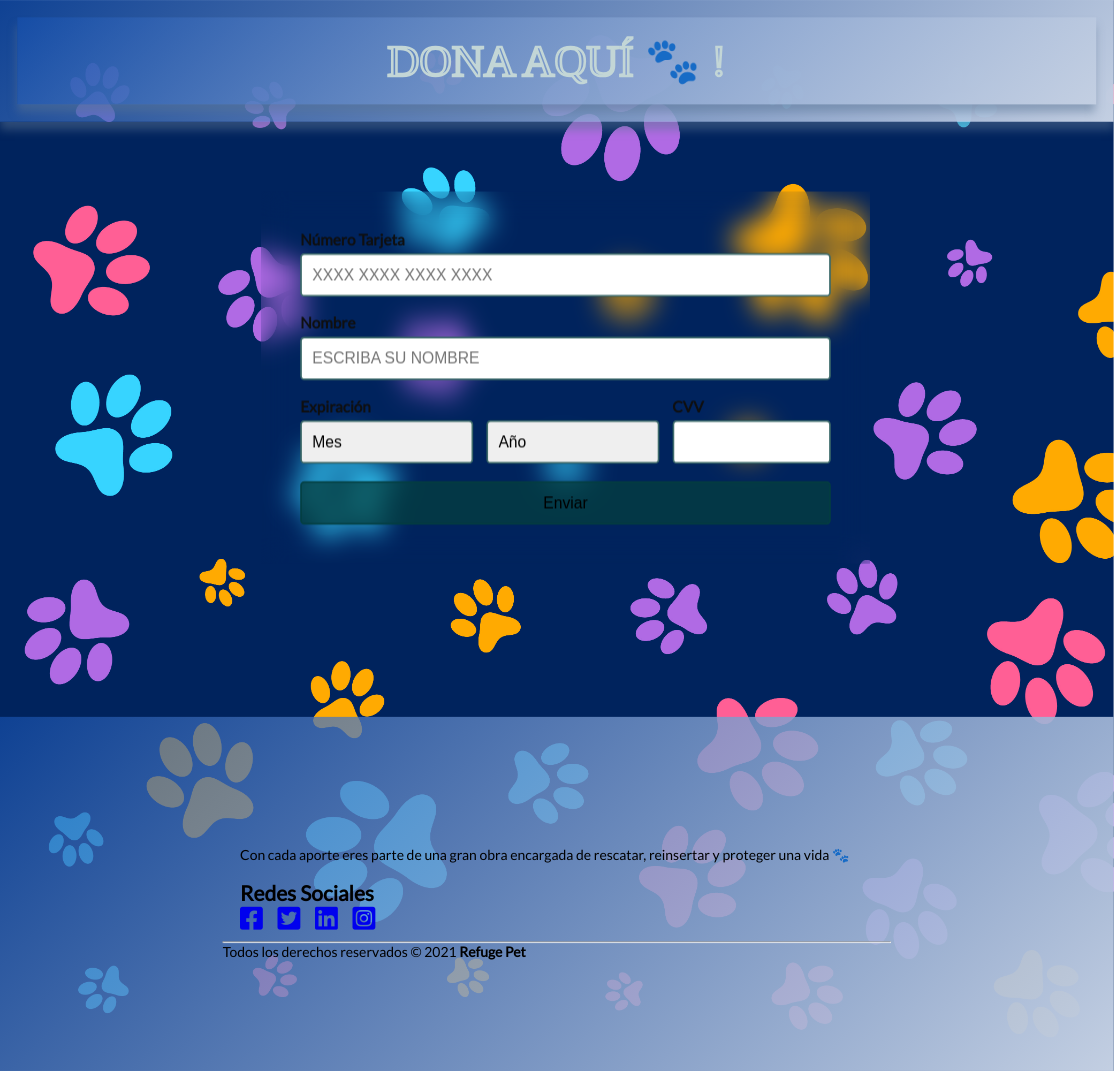
Repository: andreasvidal/SCL019-card-validation
Page: src/views/cardvalidation.html
The author's editor kept a copy of each file at every save. The page is drawn from the files as they stood at one save, then again after the next save.
The browser window is 1280 px wide. The pictures show the whole page, at 87% of full size.
Some web fonts or font styles are not loaded; a fallback is used. Some web libraries are served in a nearby version.

Above is the page before, as saved 2022-04-13 10:05:37.

### src/views/cardvalidation.html
<!DOCTYPE html>
<html lang="en">

<head>
    <meta charset="UTF-8" />
    <meta http-equiv="X-UA-Compatible" content="IE=edge" />
    <meta name="viewport" content="width=device-width, initial-scale=1.0" />
    <link rel="preconnect" href="https://fonts.googleapis.com" />
    <link rel="preconnect" href="https://fonts.gstatic.com" crossorigin />
    <link href="https://fonts.googleapis.com/css2?family=Lato:ital,wght@0,400;1,700&display=swap" rel="stylesheet" />
    <link rel="preconnect" href="https://fonts.googleapis.com" />
    <link rel="preconnect" href="https://fonts.gstatic.com" crossorigin />
    <link href="https://fonts.googleapis.com/css2?family=Hurricane&family=Lato:ital,wght@1,700&display=swap" rel="stylesheet" />
    <link rel="stylesheet" href="https://use.fontawesome.com/releases/v5.8.1/css/all.css" integrity="sha384-50oBUHEmvpQ+1lW4y57PTFmhCaXp0ML5d60M1M7uH2+nqUivzIebhndOJK28anvf" crossorigin="anonymous" />
    <link rel="stylesheet" href="../css/formstyle.css" />
    <link rel="stylesheet" href="../css/style.css" />
    <title>Formulario</title>
</head>

<!--contenido principal formulario-->

<body>
    <div class="subtitle">
        <p class="subtitle">DONA AQUÍ 🐾 !</p>
    </div>
    <form id="formValidation" class="form-validation">
        <div class="bg-blur">
            <div class="data-card" id="dataForm">
                <label for="inputNumber">Número Tarjeta</label>
                <input type="text" id="inputNumber" name="number" maxlength="16" autocomplete="off" pattern="[0-9]+" placeholder="XXXX XXXX XXXX XXXX" required />
                <h5 id="print"></h5>
            </div>
            <div class="data-card">
                <label for="inputNameUser">Nombre </label>
                <input type="text" id="inputNameUser" name="nameUser" placeholder="Escriba su nombre" required />
                <h5 id="print"></h5>
            </div>
            <!--datos expiración tarjeta-->
            <div class="flexbox">
                <div class="data-card expider-date">
                    <label for="monthSelect">Expiración</label>
                    <div class="flexbox">
                        <div class="data-card-select">
                            <select name="monthSelect" id="monthSelect" required>
                <option disabled selected>Mes</option>
                <option value="1">1</option>
                <option value="2">2</option>
                <option value="3">3</option>
                <option value="4">4</option>
                <option value="5">5</option>
                <option value="6">6</option>
                <option value="7">7</option>
                <option value="8">8</option>
                <option value="9">9</option>
                <option value="10">10</option>
                <option value="11">11</option>
                <option value="12">12</option>
              </select>
                        </div>
                        <div class="data-card-select">
                            <select name="yearSelect" id="yearSelect" required>
                <option disabled selected>Año</option>
                <option value="2">2014</option>
                <option value="5">2015</option>
                <option value="6">2016</option>
                <option value="7">2017</option>
                <option value="8">2018</option>
                <option value="9">2019</option>
                <option value="10">2020</option>
                <option value="11">2021</option>
                <option value="12">2022</option>
              </select>
                        </div>
                    </div>
                </div>
                <div class="data-card ccv">
                    <label for="inputCcv">CVV</label>
                    <input type="text" id="inputCcv" name="inputCcv" maxlength="3" required />
                </div>
            </div>
            <button type="submit" value="sendForm" class="btn-send" id="sendForm">
        Enviar
      </button>
        </div>
    </form>
    <footer>
        <div class="container__footer">
            <div class="box__footer">
                <div class="terms">
                    <p>
                        Con cada aporte eres parte de una gran obra encargada de rescatar, reinsertar y proteger una vida 🐾
                    </p>
                </div>
            </div>
            <div class="box__footer">
                <h2>Redes Sociales</h2>
                <a href="#"> <i class="fab fa-facebook-square"></i></a>
                <a href="#"><i class="fab fa-twitter-square"></i></a>
                <a href="#"><i class="fab fa-linkedin"></i></a>
                <a href="#"><i class="fab fa-instagram-square"></i></a>
            </div>
        </div>
        <div class="box__copyright">
            <hr />
            <p>Todos los derechos reservados © 2021 <b>Refuge Pet</b></p>
        </div>
    </footer>
    <!-- jQuery-->
    <script src="https://ajax.googleapis.com/ajax/libs/jquery/3.6.0/jquery.min.js"></script>
    <!--materialize -->
    <!--JS-->
    <script src="../js/index.js" type="module"></script>
</body>

</html>

### src/css/formstyle.css
* {
    padding: 0;
    margin: 0;
    box-sizing: border-box;
}

body {
    font-family: 'Lato', 'sans-serif';
    background-image: url(../assets/img/fondopatas.jpg);
    background-size: cover;
    background-repeat: no-repeat;
}


/*estilos formulario validacion*/

.form-validation {
    color: beige;
    width: 100%;
    max-width: 700px;
    margin-left: 300px;
    border-radius: 10px;
    position: relative;
    top: 80px;
    z-index: 1;
}

.bg-blur {
    backdrop-filter: blur(1rem);
    width: 100%;
    padding: 45px;
}

.form-validation label {
    display: block;
    color: rgb(15, 15, 15);
    margin-bottom: 5px;
    font-size: 1.1rem;
    font-weight: 700;
}

.form-validation input,
.form-validation select,
.btn-send {
    border: 2px solid rgba(4, 63, 63, 0.753);
    font-size: 18px;
    height: 50px;
    width: 100%;
    padding: 5px 12px;
    border-radius: 5px;
}

.form-validation input:hover,
.form-validation select:hover {
    border: 2px solid rgb(23, 24, 24);
}

.form-validation input:focus,
.form-validation select:focus {
    outline: rgb(173, 182, 182);
    box-shadow: 0 8px 8px 0 rgba(32, 38, 46, 0.3);
}

.form-validation input {
    margin-bottom: 20px;
    text-transform: uppercase;
}

.form-validation .flexbox {
    display: flex;
    justify-content: space-between;
}

.form-validation .expider-date {
    width: 100%;
}

.form-validation .ccv {
    min-width: 10px;
}

.form-validation .data-card-select {
    width: 100%;
    margin-right: 15px;
    position: relative;
}

.form-validation select {
    -webkit-appearance: none;
}


/*backgrond btn enviar*/

.btn-send {
    background: rgba(4, 63, 63, 0.753);
    ;
}

.btn-send:hover {
    background-color: rgba(94, 126, 136, 0.651);
    cursor: pointer;
}

#print {
    color: rgb(38, 41, 41);
    font-size: 16px;
}


/*footer*/

.terms {
    height: 30px;
    margin-bottom: 50px;
}

footer {
    width: 100%;
    padding: 10% 20%;
    margin-top: 20%;
    background-size: cover;
    background-image: linear-gradient(135deg, #1650adad 0%, #c3cfe2 100%);
    box-shadow: 0 10px 10px 0 rgba(90, 116, 148, 0.3);
}

.box__footer {
    padding: 20px;
    height: 10px;
}

.fab {
    padding-right: 40px;
    width: 20px;
    height: 20px;
    font-size: 30px;
}

.box__copyright {
    padding-top: 50px;
}

### src/css/style.css
     * {
         padding: 0;
         margin: 0;
         box-sizing: border-box;
     }

     body {
         font-family: 'Lato', 'sans-serif';
         background-image: url(../assets/img/fondopatas.jpg);
     }
     /*estilo titulo*/

     .title-h1 {
         font-family: 'Raleway', sans-serif;
         text-decoration: underline overline wavy rgba(183, 0, 255, 0.514);
         padding: 40px 100px;
         color: rgb(74, 80, 80);
         display: flex;
         flex-direction: column;
         align-items: center;
         box-shadow: 0 10px 10px 0 rgba(90, 116, 148, 0.3);
         background-image: linear-gradient(135deg, #f5f7fa 0%, #c3cfe2 100%);
         font-size: 8vw;
     }

     .subtitle {
         font-family: 'Shadows Into Light', cursive;
         text-align: center;
         padding: 20px 20px;
         color: rgb(74, 80, 80);
         font-size: 4vw;
         -webkit-text-fill-color: transparent;
         -webkit-text-stroke: 3px rgb(195, 214, 214);
         background-image: linear-gradient(135deg, #1650adad 0%, #c3cfe2 100%);
         box-shadow: 0 10px 10px 0 rgba(90, 116, 148, 0.5);
     }

     .img-banner {
         display: flex;
         height: 500px;
         z-index: -1;
         flex-direction: row;
         margin-left: 50px;
         align-items: center;
         margin-bottom: -50px;
         border-radius: 15px;
     }
     /*contenedor tarjeta*/

     .container {
         width: 90%;
         max-width: 1000px;
         padding: 20px 60px;
         margin: auto;
         display: flex;
         /* deja los elementos en forma de columna*/
         flex-direction: column;
         /*align-items no sirve para centrar de forma vertical (se utiliza justify), se utiliza al cambiar la dirección con flex-direction*/
         align-items: center;
     }
     /*estilo tarjeta*/

     .card {
         padding-top: 30px;
         width: 100%;
         max-width: 550px;
         position: relative;
         color: rgb(37, 36, 36);
         cursor: pointer;
     }

     .card>div {
         padding: 30px;
         border-radius: 15px;
         min-height: 315px;
         display: flex;
         flex-direction: column;
         justify-content: space-between;
         box-shadow: 0 10px 10px 0 rgba(90, 116, 148, 0.822);
     }

     .style-card {
         width: 100%;
         background: url(../assets/img/background-card/bg-img-2.jpg);
         background-size: cover;
     }
     /*para mantener el espeacio de la imagen logo (contenedor vacio)*/

     .style-card .logo-card {
         text-align: right;
         min-height: 50px;
     }

     .style-card .logo-card img {
         width: 100%;
         height: 100%;
         object-fit: cover;
         max-width: 80px;
     }

     .style-card .chip-card {
         width: 100%;
         max-width: 50px;
         margin-bottom: 20px;
     }

     .style-card .form-group .card-label {
         font-size: 16px;
         color: rgb(115, 131, 131);
         margin-bottom: 5px;
     }

     .style-card .card-group .number-card,
     .style-card .card-group .name-card,
     .style-card .card-group .expider {
         /*color: rgb(74, 80, 80);*/
         font-size: 22px;
         text-transform: uppercase;
     }

     .style-card .flexbox {
         display: flex;
         justify-content: space-between;
         margin-top: 20px;
     }
     /*btn abrir formulario*/

     .btn-open {
         color: rgb(195, 214, 214);
         box-shadow: 0 10px 10px 0 rgba(90, 116, 148, 0.3);
         background: rgba(183, 0, 255, 0.514);
         width: 50px;
         height: 50px;
         margin-top: -10px;
         border-radius: 100%;
         z-index: 2;
     }

     .btn-open:hover {
         opacity: 0.50;
         -moz-opacity: .50;
         filter: alpha (opacity=50);
     }

     .btn-open {
         text-decoration: none;
         padding-top: 15px;
         text-align: center;
     }

### src/js/index.js
/*import validator from '../js/validator.js';

//Llamando al DOM

const btnForm = document.getElementById("sendForm");
const form = document.getElementById("#formValidation");
btnForm.addEventListener('click', function(e) {
    e.preventDefault();
    let creditCardNumber = document.getElementById('inputNumber').value;
    let maskified = validator.maskify(creditCardNumber);
    if (creditCardNumber === "") {
        return document.getElementById("print").innerHTML = "Reingrese su número de tarjeta sin espacios ni carácteres especiales";
    } else {
        return document.getElementById("print").innerHTML = "Tu tarjeta N° " + maskified + " es válida";
    }
})


// inputName solo letras, inputCcv y inputNumber  solo numeros
let inputNumber = document.getElementById('inputNumber');
let inputName = document.getElementById('inputNameUser');
let inputCcv = document.getElementById('inputCcv');

const onlyNum = /[^0-9]/g;
const onlypLet = /[^a-zA-ZÑñáéíóúÁÉÍÓÚ\s]*$/g;
inputNumber.addEventListener('input', function() {
    inputNumber.value = inputNumber.value.replace(onlyNum, '');
});
inputName.addEventListener('input', function() {
    inputName.value = inputName.value.replace(onlypLet, '');
});
inputCcv.addEventListener('input', function() {
    inputCcv.value = inputCcv.value.replace(onlyNum, '');
});

// mes y años
for (let i = 1; i <= 12; i++) {
    let optionDate = document.createElement('option');
    optionDate.value = i;
    optionDate.innerText = i;
    form.monthSelect.appendChild(optionDate);
}

// * Select del año generado dinamicamente.
const yearActual = new Date().getFullYear();
for (let i = yearActual; i <= yearActual + 8; i++) {
    let optionDate = document.createElement('option');
    optionDate.value = i;
    optionDate.innerText = i;
    optionDate.selectYear.appendChild(optionDate);
}*/

After the next save:
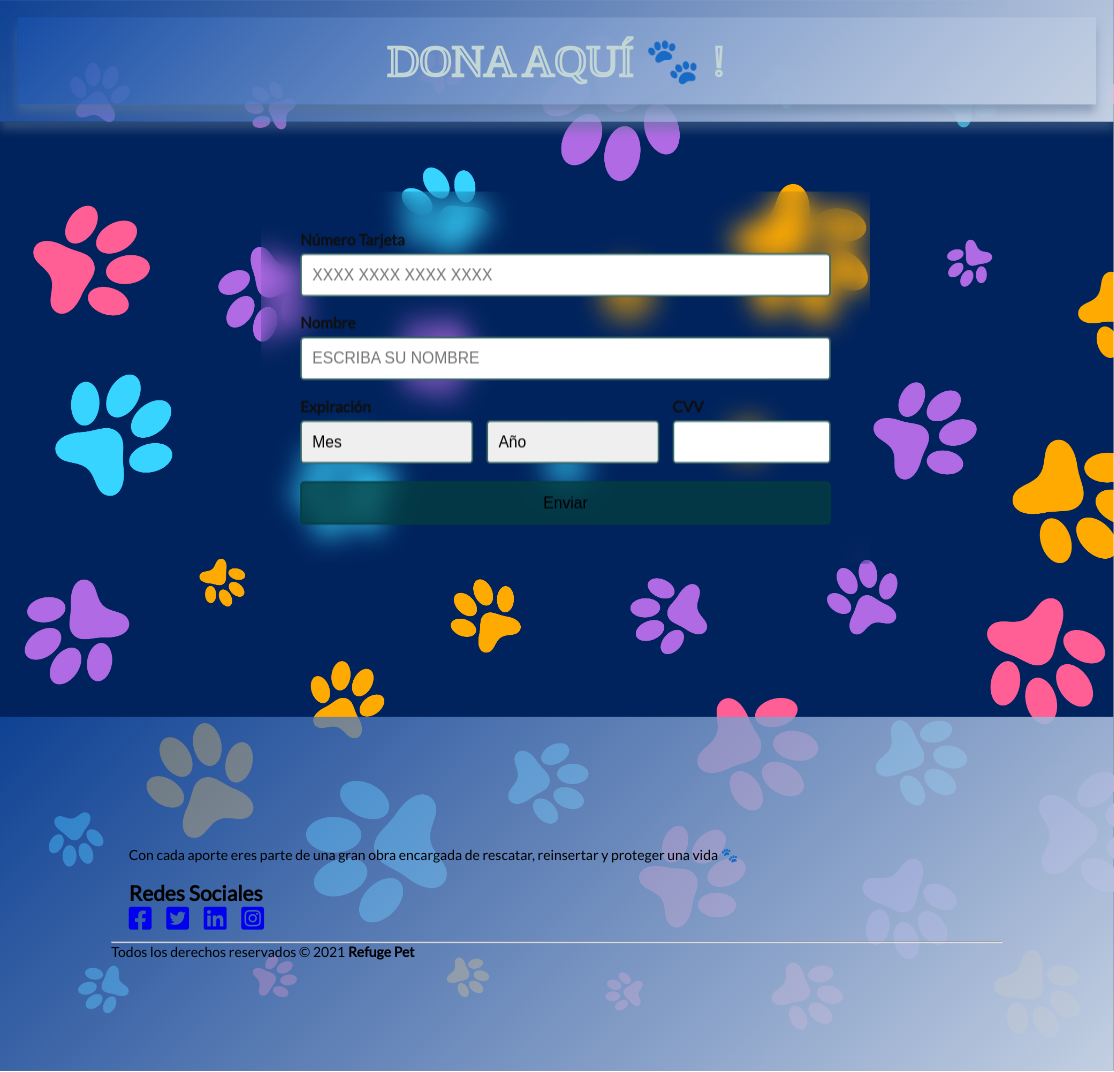
Saved 10 s later.
--- a/src/css/formstyle.css
+++ b/src/css/formstyle.css
@@ -117,7 +117,7 @@ body {
 
 footer {
     width: 100%;
-    padding: 10% 20%;
+    padding: 10% 10%;
     margin-top: 20%;
     background-size: cover;
     background-image: linear-gradient(135deg, #1650adad 0%, #c3cfe2 100%);
